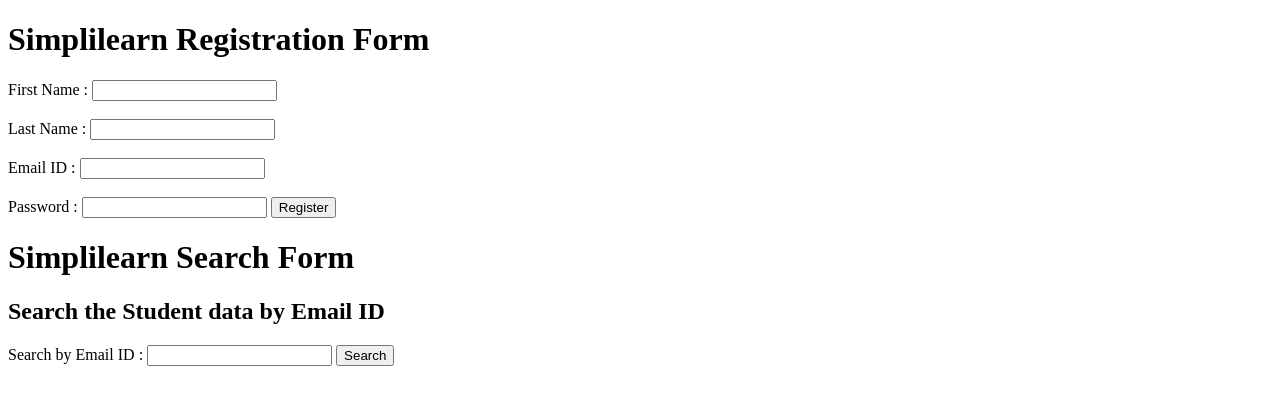
Repository: RamJangid/AdvanceJavaDone
Page: http://localhost/FlyAway/Welcome.jsp
These files come from the project's save history. The page is drawn as it stood at one moment and after the next save; the edit follows.
The browser window is 1280 px wide. The pictures show the whole page.
The page is served by Tomcat 9. Other server files are loaded and not shown.

Above is the page before, as saved 2022-09-20 09:43:47.

### FlyAway/src/main/webapp/Welcome.jsp
<%@ page language="java" contentType="text/html; charset=UTF-8"
    pageEncoding="UTF-8"%>
<!DOCTYPE html>
<html>
<head>
<meta charset="UTF-8">
<title>Simplilearn Registration</title>
</head>
<body>

	<h1>Simplilearn Registration Form</h1>

	<form action="<%= request.getContextPath()%>/insert" method="post">

	First Name : <input type ="text" name = "firstName">
	<br><br>
	Last Name : <input type ="text" name = "lastName">
	<br><br>
	Email ID : <input type ="email" name ="emailId">
	<br><br>
	Password : <input type ="password" name ="password">

	<tr>

			<td colspan = 2 align = "center">
				<input type = "submit" value = "Register">
			</td>

	</tr>

	</form>

	<h1>Simplilearn Search Form</h1>
	<h2>Search the Student data by Email ID</h2>

	<form action="<%= request.getContextPath()%>/getByEmail" method="post">


	Search by Email ID : <input type ="email" name ="emailId">

	<tr>

			<td colspan = 2 align = "center">
				<input type = "submit" value = "Search">
			</td>

	</tr>

	</form>

</body>

</html>

After the next save:
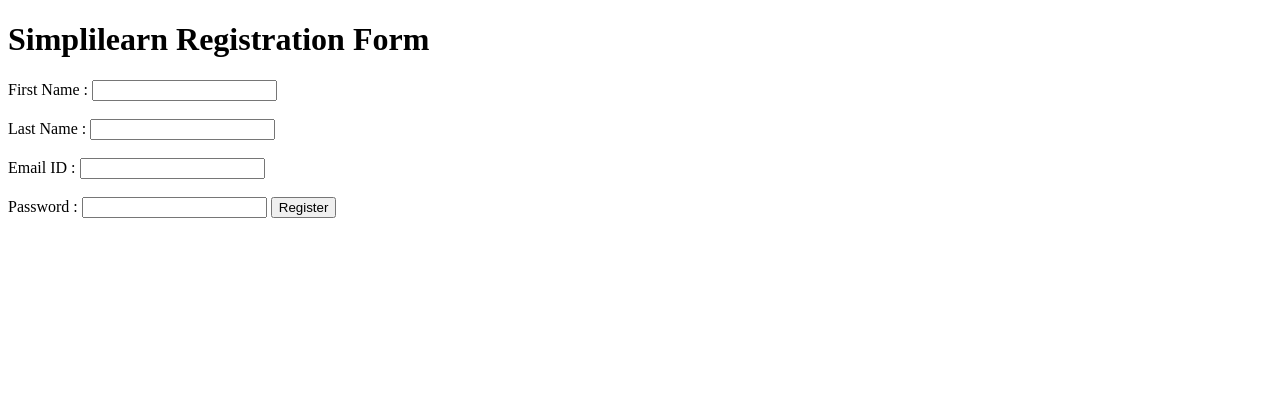
Saved 32 s later.
--- a/FlyAway/src/main/webapp/Welcome.jsp
+++ b/FlyAway/src/main/webapp/Welcome.jsp
@@ -30,23 +30,6 @@
 
 	</form>
 
-	<h1>Simplilearn Search Form</h1>
-	<h2>Search the Student data by Email ID</h2>
-
-	<form action="<%= request.getContextPath()%>/getByEmail" method="post">
-
-
-	Search by Email ID : <input type ="email" name ="emailId">
-
-	<tr>
-
-			<td colspan = 2 align = "center">
-				<input type = "submit" value = "Search">
-			</td>
-
-	</tr>
-
-	</form>
 
 </body>
 
